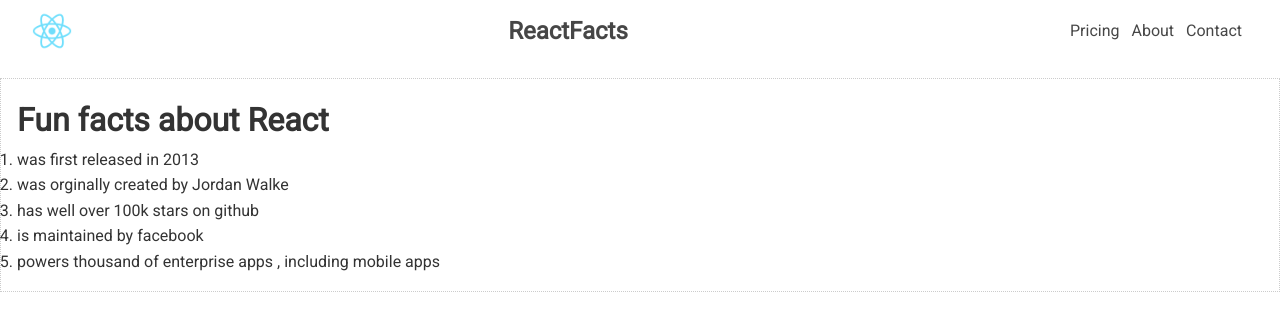
Repository: Richswag009/my-travel-journal
Page: /
These files come from the project's save history. The page is drawn as it stood at one moment and after the next save; the edit follows.
The browser window is 1280 px wide. The pictures show the whole page.
The project was rebuilt for these pictures with package versions that can differ from the ones it lists, and the page was loaded fresh each time.

Above is the page before, as saved 2022-06-14 18:14:58.

### public/index.html
<!DOCTYPE html>
<html lang="en">
  <head>
    <meta charset="utf-8" />
    <link rel="icon" href="%PUBLIC_URL%/favicon.ico" />
    <meta name="viewport" content="width=device-width, initial-scale=1" />
    <meta name="theme-color" content="#000000" />
    <meta name="description"content="Web site created using create-react-app"/>
    <link rel="apple-touch-icon" href="%PUBLIC_URL%/logo192.png" />
    <link rel="manifest" href="%PUBLIC_URL%/manifest.json" />
    <title>React Fact</title>
  </head>
  <body>
    <noscript>You need to enable JavaScript to run this app.</noscript>
    <div id="root"></div>

  </body>
</html>

### src/App.js

import React,{Component} from 'react';
import './App.css';
import Maincontent from './component/maincontent/Maincontent';
import Navbar from './component/layout/Navbar';
// import Users from './component/users/Users';
class App extends Component{
  render(){

    return (
      <div className="App">
       <Navbar/>
       <Maincontent/>
        </div>
    );
  }
}

export default App;

### src/App.css
@import url('https://fonts.googleapis.com/css?family=Roboto');

/* Global Styles */
:root {
  --primary-color: #dc3545;
  --dark-color: #333333;
  --light-color: #f4f4f4;
  --danger-color: #dc3545;
  --success-color: #28a745;
}

* {
  box-sizing: border-box;
  margin: 0;
  padding: 0;
}

body {
  font-family: 'Roboto', sans-serif;
  font-size: 1rem;
  line-height: 1.6;
  background-color: #fff;
  color: #333;
}

a {
  color: var(--primary-color);
  text-decoration: none;
}

a:hover {
  color: #666;
}

ul {
  list-style: none;
}

img {
  width: 100%;
}

/* Utilities */
.container {
  max-width: 1100px;
  margin: auto;
  overflow: hidden;
  padding: 0 2rem;
}

/* Text Styles*/
.x-large {
  font-size: 4rem;
  line-height: 1.2;
  margin-bottom: 1rem;
}

.large {
  font-size: 3rem;
  line-height: 1.2;
  margin-bottom: 1rem;
}

.lead {
  font-size: 1.5rem;
  margin-bottom: 1rem;
}

.text-center {
  text-align: center;
}

.text-primary {
  color: var(--primary-color);
}

.text-dark {
  color: var(--dark-color);
}

.text-success {
  color: var(--success-color);
}

.text-danger {
  color: var(--danger-color);
}

.text-center {
  text-align: center;
}

.text-right {
  text-align: right;
}

.text-left {
  text-align: left;
}

/* Center All */
.all-center {
  display: flex;
  flex-direction: column;
  width: 100%;
  margin: auto;
  justify-content: center;
  align-items: center;
  text-align: center;
}

/* Cards */
.card {
  padding: 1rem;
  border: #ccc 1px dotted;
  margin: 0.7rem 0;
}

/* List */
.list {
  margin: 0.5rem 0;
}

.list li {
  padding-bottom: 0.3rem;
}

/* Padding */
.p {
  padding: 0.5rem;
}
.p-1 {
  padding: 1rem;
}
.p-2 {
  padding: 2rem;
}
.p-3 {
  padding: 3rem;
}
.py {
  padding: 0.5rem 0;
}
.py-1 {
  padding: 1rem 0;
}
.py-2 {
  padding: 2rem 0;
}
.py-3 {
  padding: 3rem 0;
}

/* Margin */
.m {
  margin: 0.5rem;
}
.m-1 {
  margin: 1rem;
}
.m-2 {
  margin: 2rem;
}
.m-3 {
  margin: 3rem;
}
.my {
  margin: 0.5rem 0;
}
.my-1 {
  margin: 1rem 0;
}
.my-2 {
  margin: 2rem 0;
}
.my-3 {
  margin: 3rem 0;
}

/* Grid */
.grid-2 {
  display: grid;
  grid-template-columns: repeat(2, 1fr);
  grid-gap: 1rem;
}

.grid-3 {
  display: grid;
  grid-template-columns: repeat(3, 1fr);
  grid-gap: 1rem;
}

.grid-4 {
  display: grid;
  grid-template-columns: repeat(4, 1fr);
  grid-gap: 1rem;
}

.btn {
  display: inline-block;
  background: var(--light-color);
  color: #333;
  padding: 0.4rem 1.3rem;
  font-size: 1rem;
  border: none;
  cursor: pointer;
  margin-right: 0.5rem;
  transition: opacity 0.2s ease-in;
  outline: none;
}

.btn-link {
  background: none;
  padding: 0;
  margin: 0;
}

.btn-block {
  display: block;
  width: 100%;
}

.btn-sm {
  font-size: 0.8rem;
  padding: 0.3rem 1rem;
  margin-right: 0.2rem;
}

.badge {
  display: inline-block;
  font-size: 0.8rem;
  padding: 0.2rem 0.7rem;
  text-align: center;
  margin: 0.3rem;
  background: var(--light-color);
  color: #333;
  border-radius: 5px;
}

.alert {
  padding: 0.7rem;
  margin: 1rem 0;
  opacity: 0.9;
  background: var(--light-color);
  color: #333;
}

.btn-primary,
.bg-primary,
.badge-primary,
.alert-primary {
  background: var(--primary-color);
  color: #fff;
}

.btn-light,
.bg-light,
.badge-light,
.alert-light {
  background: var(--light-color);
  color: #333;
}

.btn-dark,
.bg-dark,
.badge-dark,
.alert-dark {
  background: var(--dark-color);
  color: #fff;
}

.btn-danger,
.bg-danger,
.badge-danger,
.alert-danger {
  background: var(--danger-color);
  color: #fff;
}

.btn-success,
.bg-success,
.badge-success,
.alert-success {
  background: var(--success-color);
  color: #fff;
}

.btn-white,
.bg-white,
.badge-white,
.alert-white {
  background: #fff;
  color: #333;
  border: #ccc solid 1px;
}

.btn:hover {
  opacity: 0.8;
}

.bg-light,
.badge-light {
  border: #ccc solid 1px;
}

.round-img {
  border-radius: 50%;
}

/* Forms */
input {
  margin: 1.2rem 0;
}

.form-text {
  display: block;
  margin-top: 0.3rem;
  color: #888;
}

input[type='text'],
input[type='email'],
input[type='password'],
input[type='date'],
select,
textarea {
  display: block;
  width: 100%;
  padding: 0.4rem;
  font-size: 1.2rem;
  border: 1px solid #ccc;
}

input[type='submit'],
button {
  font: inherit;
}

table th,
table td {
  padding: 1rem;
  text-align: left;
}

table th {
  background: var(--light-color);
}

/* Navbar */
.navbar {
  display: flex;
  justify-content: space-between;
  align-items: center;
  padding: 0.7rem 2rem;
  z-index: 1;
  width: 100%;
  opacity: 0.9;
  margin-bottom: 1rem;
}

.navbar ul {
  display: flex;
}
.navbar ul li{
  padding:0 6px ;
}

.navbar a {
  color: #fff;
  padding: 0.45rem;
  margin: 0 0.25rem;
}

.navbar a:hover {
  color: var(--light-color);
}

.navbar .welcome span {
  margin-right: 0.6rem;
}

/* Mobile Styles */
@media (max-width: 700px) {
  .hide-sm {
    display: none;
  }

  .grid-2,
  .grid-3,
  .grid-4 {
    grid-template-columns: 1fr;
  }

  /* Text Styles */
  .x-large {
    font-size: 3rem;
  }

  .large {
    font-size: 2rem;
  }

  .lead {
    font-size: 1rem;
  }

  /* Navbar */
  .navbar {
    display: block;
    text-align: center;
  }

  .navbar ul {
    text-align: center;
    justify-content: center;
  }
}

### src/component/maincontent/Maincontent.js
import React, { Component } from 'react'

export default class Maincontent extends Component {



    render() {
        return (
            <div className=' grid card'>
               <h1>Fun facts about React</h1>
               <ol>
                <li>was first released in 2013</li>
                <li>was orginally created by Jordan Walke</li>
                <li>has well over 100k stars on github</li>
                <li>is maintained by facebook</li>
                <li>powers thousand of enterprise apps , including mobile apps</li>
               </ol>
            </div>
        )
    }

}

### src/component/layout/Navbar.js
import React, { Component } from 'react'
import logo from '../layout/logo192.png'


export default class Navbar extends Component {


    render() {
        return (
            <div>
                <nav className='navbar'>
                 <img src={logo} alt="" style={{width:'40px',dispaly:'block'}} />
                 <h1>ReactFacts</h1>

                <ul className='px-2'>
                    <li>Pricing </li>
                    <li>About </li>
                    <li>Contact </li>
                </ul>
                </nav>
            </div>
        )
    }
}

Loaded but not shown: src/index.js (common file)

After the next save:
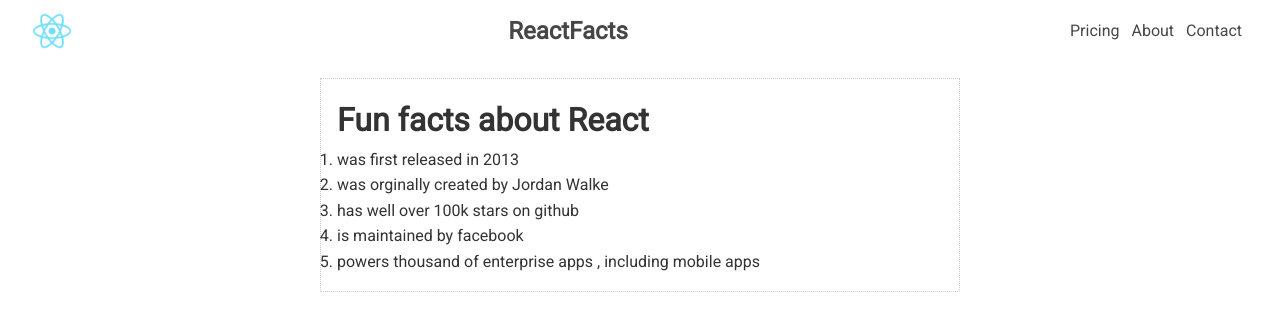
Saved 53 s later.
--- a/src/component/maincontent/Maincontent.js
+++ b/src/component/maincontent/Maincontent.js
@@ -6,7 +6,7 @@
 
     render() {
         return (
-            <div className=' grid card'>
+            <div className=' grid card' style={{width:'50%',margin:'auto'}}>
                <h1>Fun facts about React</h1>
                <ol>
                 <li>was first released in 2013</li>
